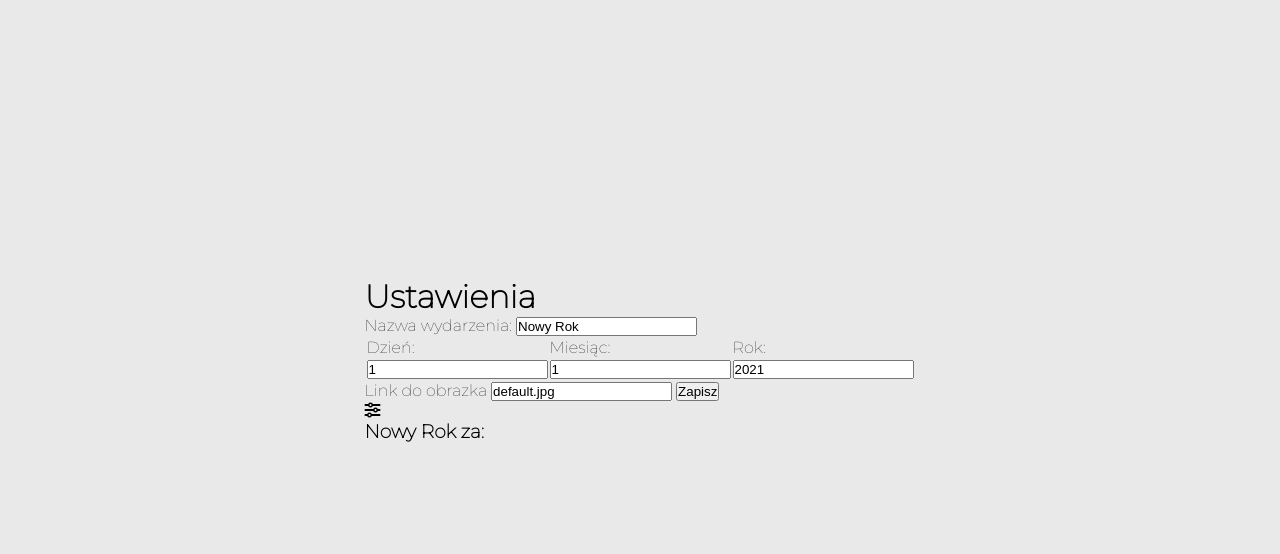
Repository: KrzysKolo/Projekt-8_Czasomierz
Page: index.html
These files come from the project's save history. The page is drawn as it stood at one moment and after the next save; the edit follows.
The browser window is 1280 px wide. The pictures show the whole page.
Some web libraries are served in a nearby version.

Above is the page before, as saved 2020-07-19 05:51:30.

After the next save:
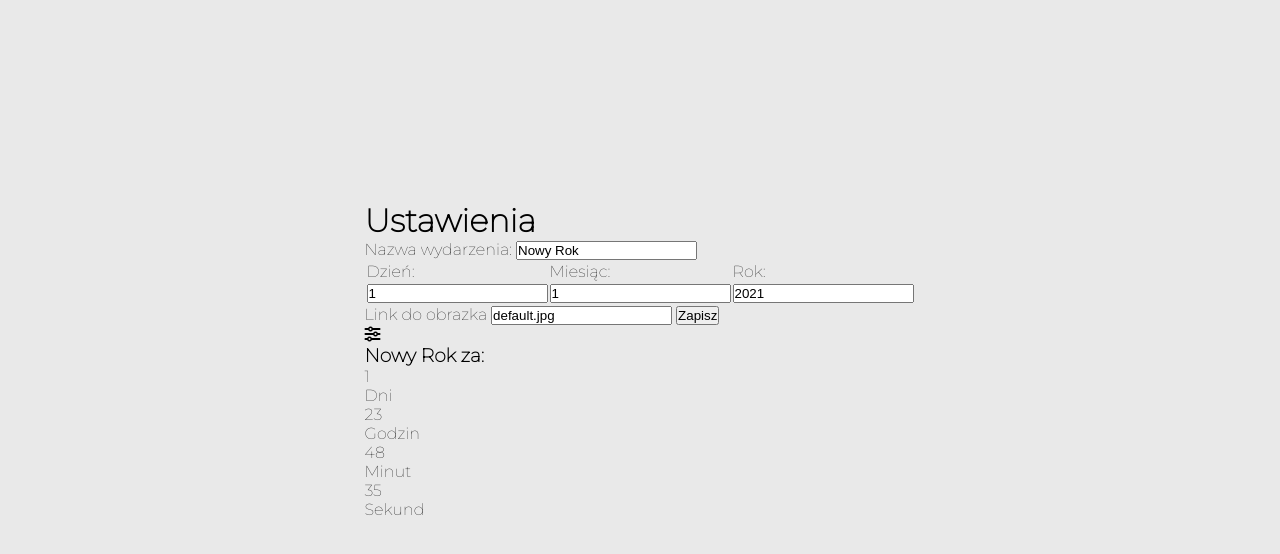
Saved 8 min 39 s later.
--- a/index.html
+++ b/index.html
@@ -53,6 +53,24 @@
           <h3>
             <span class="event">Nowy Rok</> </span>za:
           </h3>
+          <div class="time-cards">
+            <div class="card">
+                <p class="days-count number">1</p>
+                <p class="card-title">Dni</p>
+            </div>
+            <div class="card">
+                <p class="hours-count number">23</p>
+                <p class="card-title">Godzin</p>
+            </div>
+            <div class="card">
+                <p class="minutes-count number">48</p>
+                <p class="card-title">Minut</p>
+            </div>
+            <div class="card">
+                <p class="seconds-count number">35</p>
+                <p class="card-title">Sekund</p>
+            </div>
+          </div>
         </div>
       </div>
     </main>
